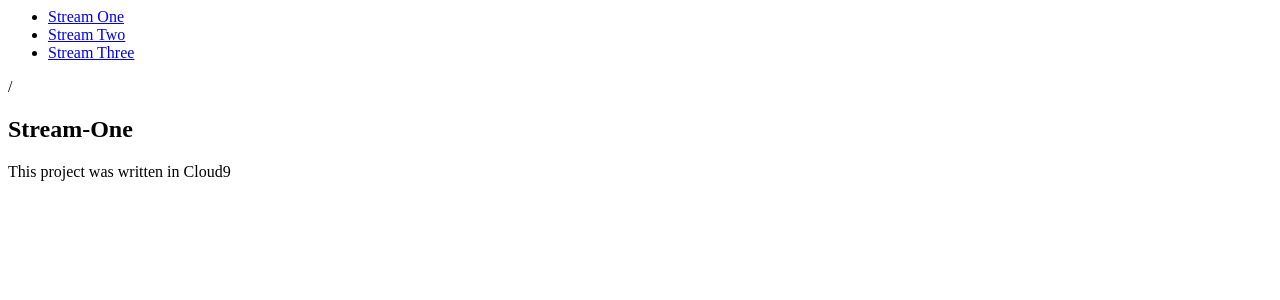
Repository: nosugref/my-first-website
Page: stream-one.html
The author's editor kept a record of every edit. The page is drawn from the files as they stood at one moment, then again after the next edit.
The browser window is 1280 px wide. The pictures show the whole page.

Above is the page before.

After the next edit:
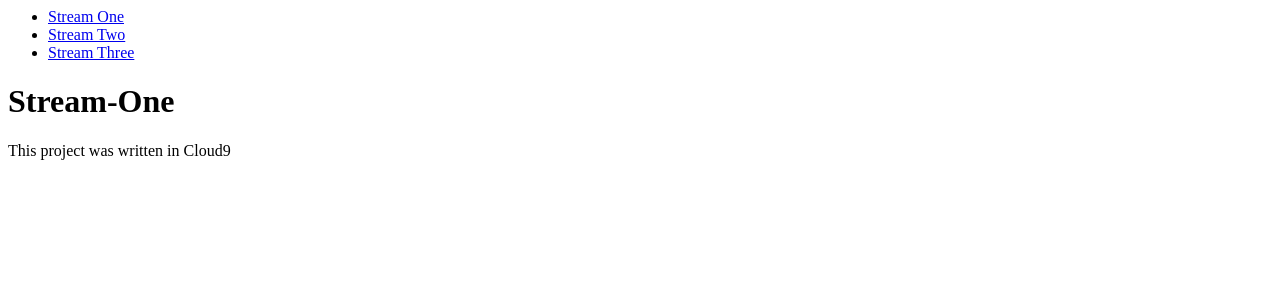
The edit:
--- a/stream-one.html
+++ b/stream-one.html
@@ -9,7 +9,7 @@
             <li><a href="stream-two.html">Stream Two</a></li>
             <li><a href="stream-three.html">Stream Three</a></li>
         </ul>
-        /<body></body>
+    </nav>
         <h1>Stream-One</h1>
         <p>This project was written in Cloud9</p>
 
